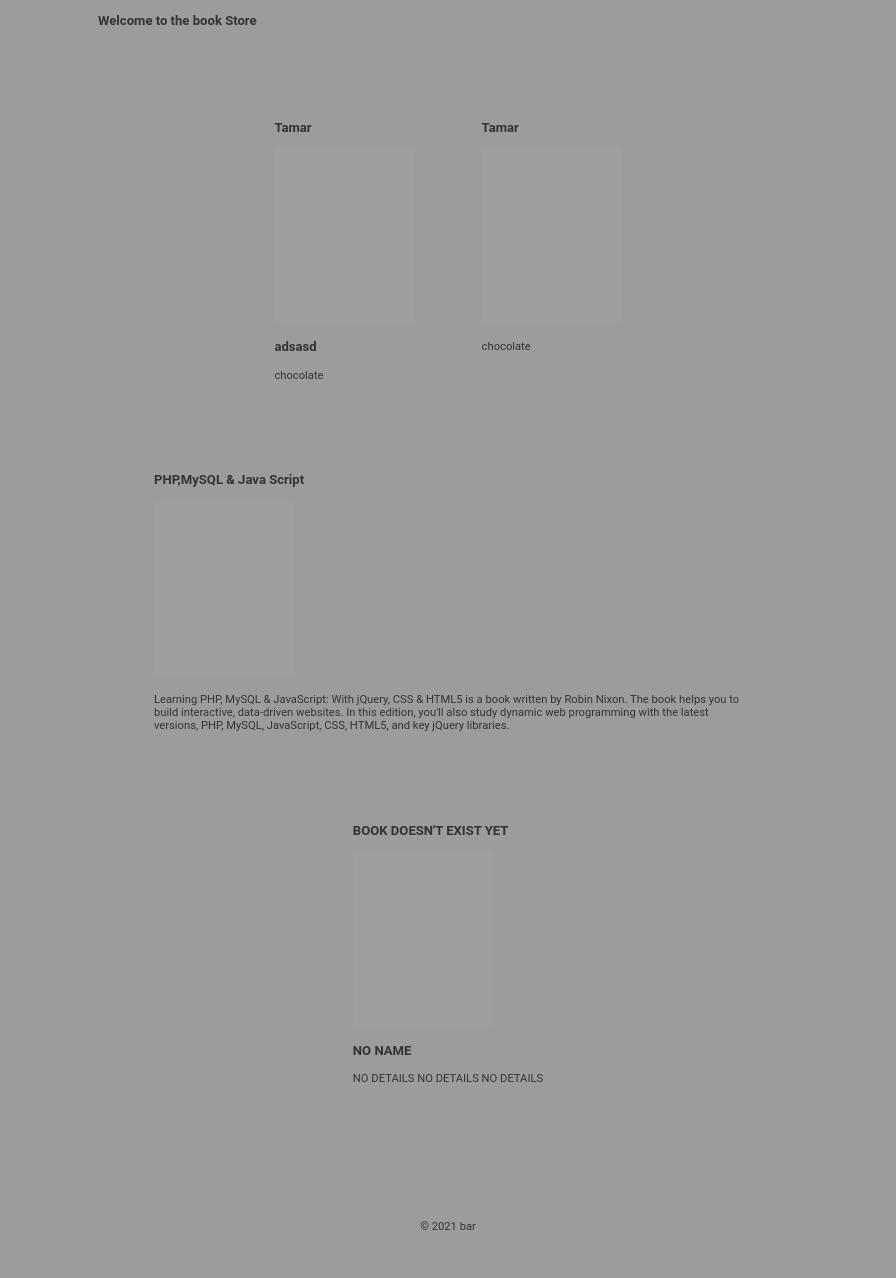
Repository: Axe33ile/React_JS
Page: / (app in book/)
These files come from the project's save history. The page is drawn as it stood at one moment and after the next save; the edit follows.
The browser window is 1280 px wide. The pictures show the whole page, at 70% of full size.
Pictures or frames that could not be fetched are drawn as grey boxes. The project was rebuilt for these pictures with package versions that can differ from the ones it lists, and the page was loaded fresh each time.

Above is the page before, as saved 2021-04-24 00:27:32.

After the next save:
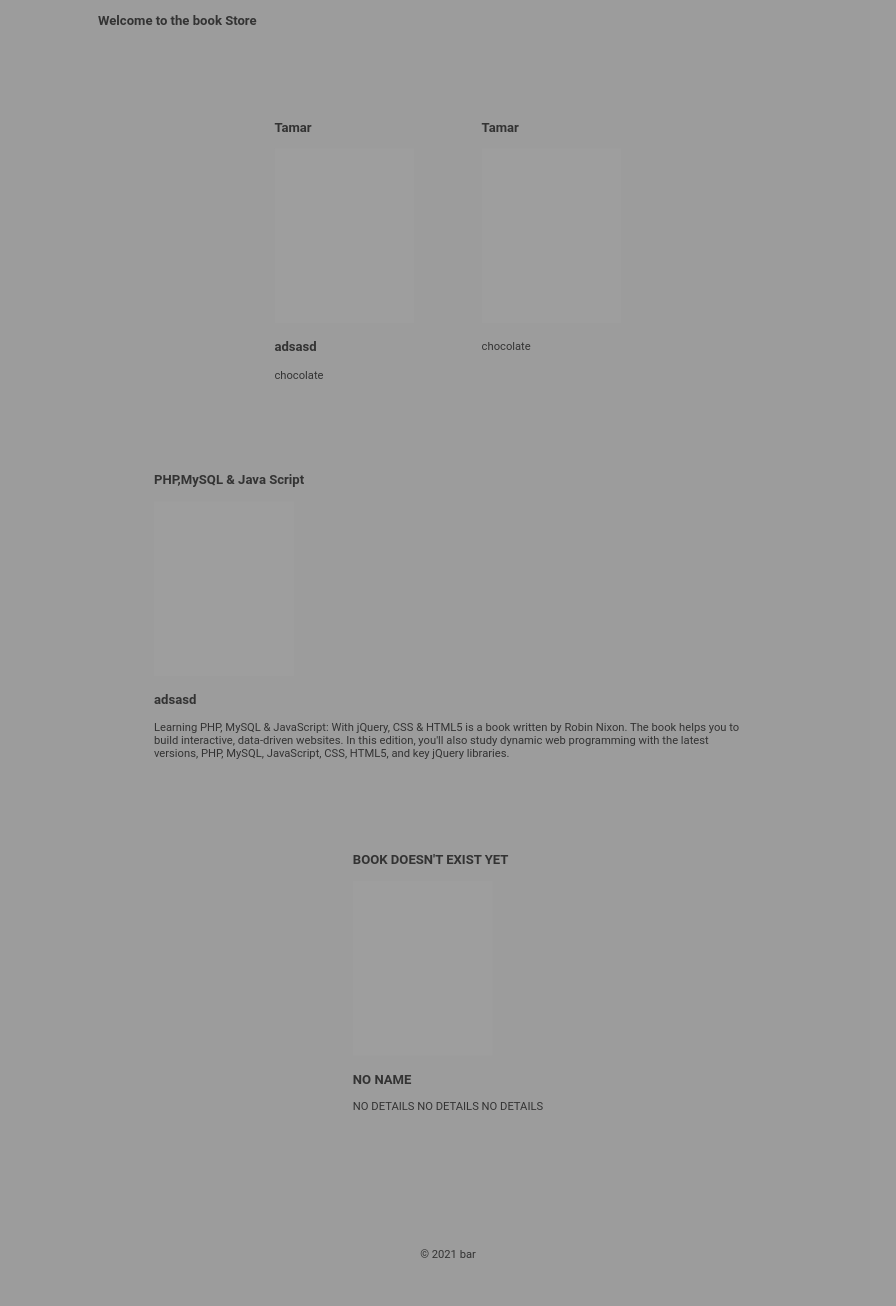
Saved 6 s later.
--- a/book/src/components/main/Main.js
+++ b/book/src/components/main/Main.js
@@ -40,6 +40,8 @@ const Main = () => {
             imgSrc:
               "https://www.guru99.com/images/2/060520_1101_16BESTPHPBo7.jpg",
             alt: "book",
+            bookAuthor: "adsasd",
+
             bookDetails:
               "Learning PHP, MySQL & JavaScript: With jQuery, CSS & HTML5 is a book written by Robin Nixon. The book helps you to build interactive, data-driven websites. In this edition, you'll also study dynamic web programming with the latest versions, PHP, MySQL, JavaScript, CSS, HTML5, and key jQuery libraries.",
           }}
